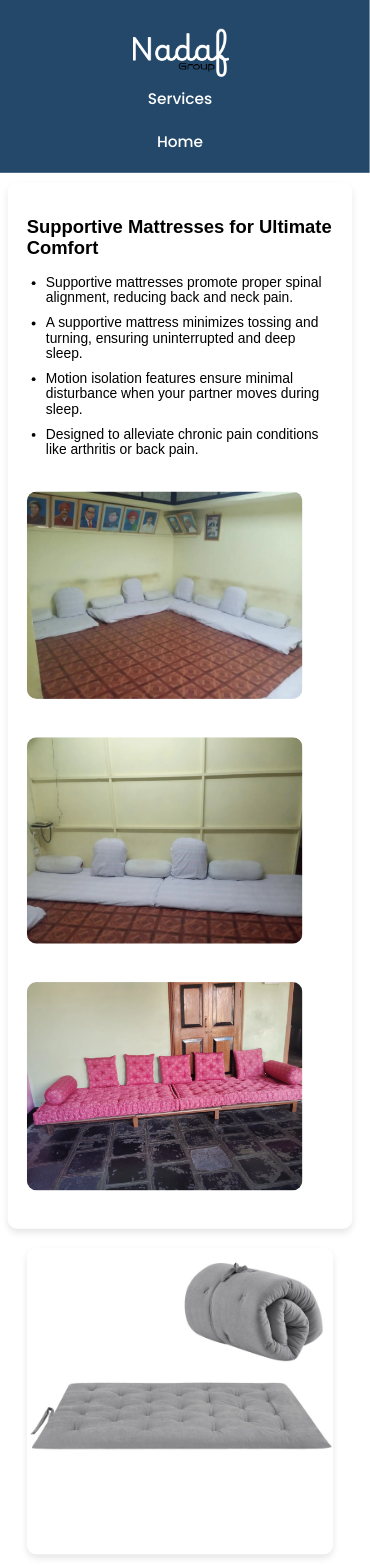
Repository: nadafgroup/rashidgadiUI
Page: src/rent.html
An editor plug-in stored every save of this project. The page is shown before and after the next save, followed by the edit.
The browser window is 375 px wide. The page is 385 px wide, so the pictures cover 385 px, including what lies to the right of the window. The pictures show the whole page, at 96% of full size.

Above is the page before, as saved 2025-01-29 16:14:17.
Console error: TypeError: Cannot read properties of null (reading 'addEventListener')

After the next save:
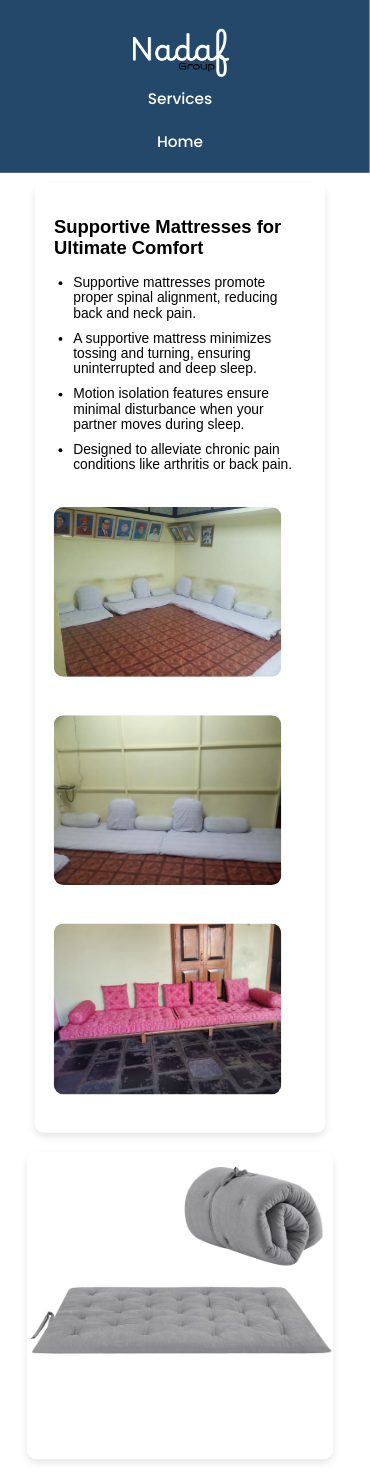
Saved 65 s later.
--- a/src/rent.html
+++ b/src/rent.html
@@ -96,6 +96,10 @@
     .container {
         padding: 10px;
     }
+
+    .info{
+        width: 70vw;
+    }
     .info h2 {
         font-size: 1.2rem;
     }

After the save that followed:
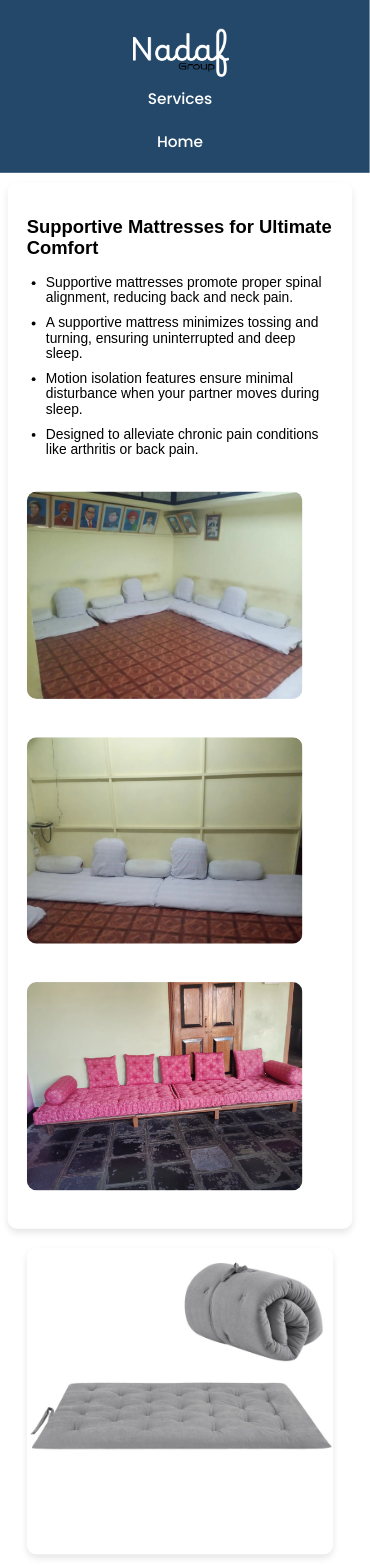
Saved 8 s later.
--- a/src/rent.html
+++ b/src/rent.html
@@ -97,9 +97,7 @@
         padding: 10px;
     }
 
-    .info{
-        width: 70vw;
-    }
+
     .info h2 {
         font-size: 1.2rem;
     }
